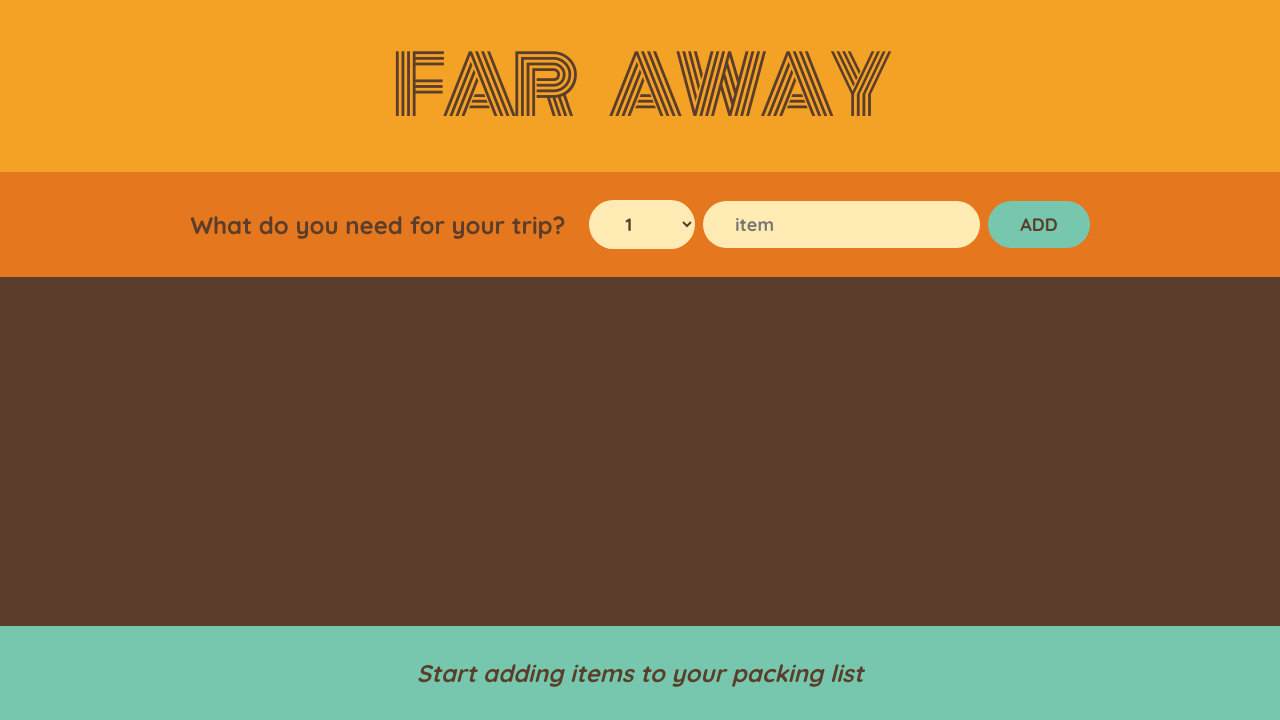
Repository: ahmedharidy/react-checklist
Page: /
These files come from the project's save history. The page is drawn as it stood at one moment and after the next save; the edit follows.
The browser window is 1280 px wide. The pictures show the whole page.
The project was rebuilt for these pictures with package versions that can differ from the ones it lists, and the page was loaded fresh each time.

Above is the page before, as saved 2026-10-04 19:51:00.

After the next save:
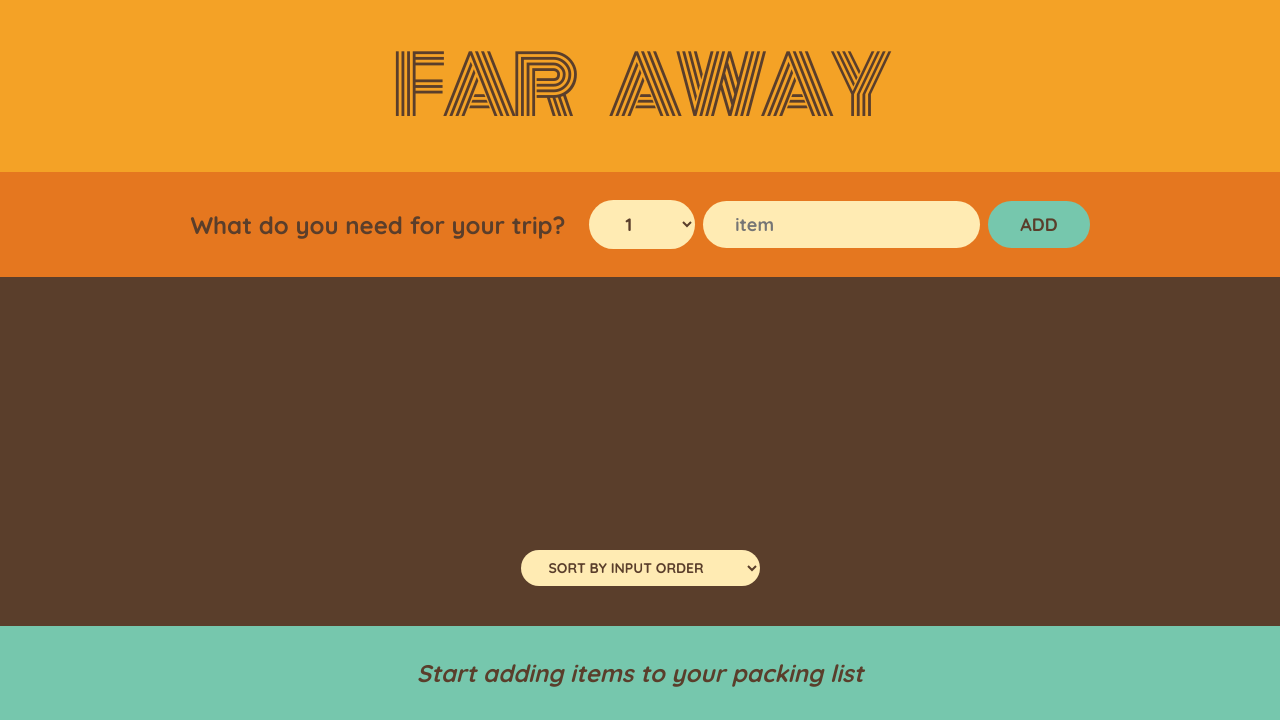
Saved 11 h 29 min later.
--- a/src/App.js
+++ b/src/App.js
@@ -88,6 +88,14 @@
             key={item.id}></Item>
         ))}
       </ul>
+
+      <div className="actions">
+        <select>
+          <option value="input">sort by input order</option>
+          <option value="description">sort by description</option>
+          <option value="packed">sort by packed status</option>
+        </select>
+      </div>
     </div>
   );
 }
